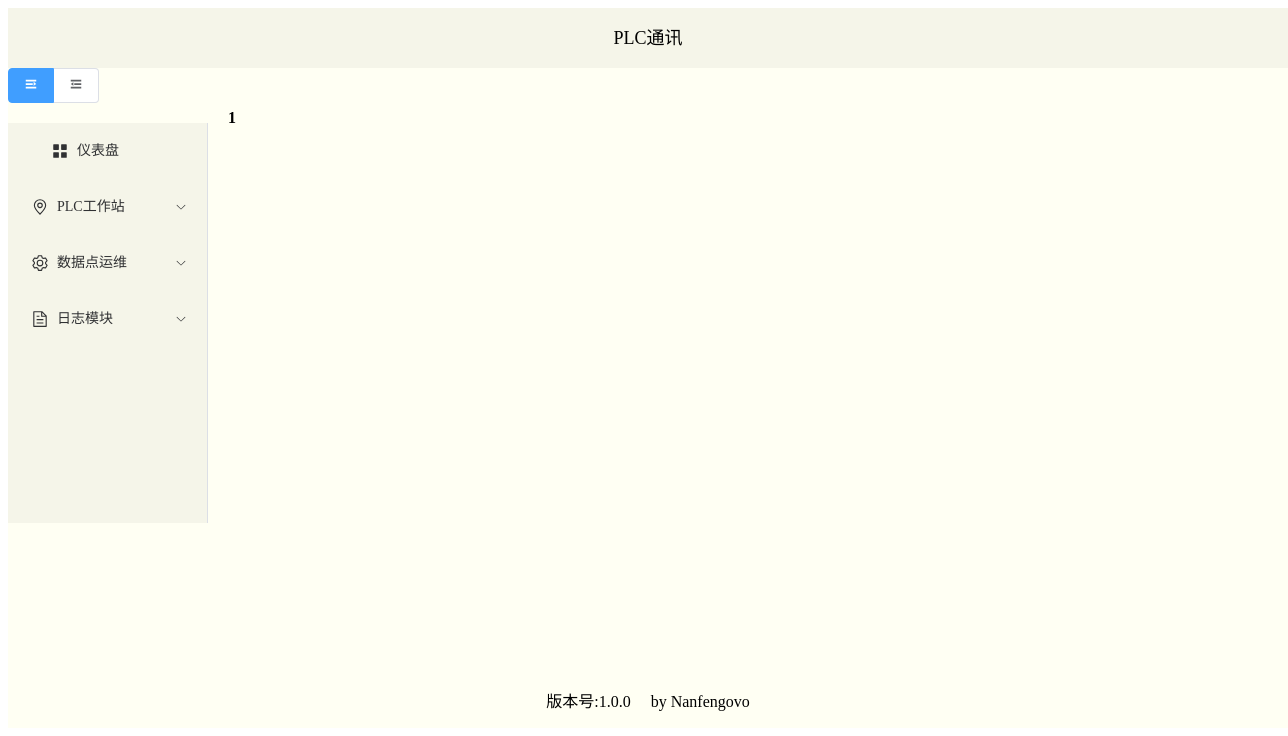
Repository: nanfengovo/HelperWorkStation
Page: /#/frameWork/PLCWorkstation/S7 (app in HelperWorkStation/plchelper-ui/)
An editor plug-in stored every save of this project. The page is shown before and after the next save, followed by the edit.
The browser window is 1280 px wide. The page is 1288 px wide, so the pictures cover 1288 px, including what lies to the right of the window. The pictures show the whole page.
The project was rebuilt for these pictures with package versions that can differ from the ones it lists, and the page was loaded fresh each time. Also part of the build but not shown: HelperWorkStation/plchelper-ui/vite.config.ts, HelperWorkStation/plchelper-ui/src/views/Login/index.vue.

Above is the page before, as saved 2025-02-15 20:27:00.

### HelperWorkStation/plchelper-ui/index.html
<!DOCTYPE html>
<html lang="">
  <head>
    <meta charset="UTF-8">
    <link rel="icon" href="/icon-park-outline--cpu.png">
    <meta name="viewport" content="width=device-width, initial-scale=1.0">
    <title>PLCHelper Station</title>
  </head>
  <body>
    <div id="app"></div>
    <script type="module" src="/src/main.ts"></script>
  </body>
</html>

<style>
  #app{
    /* display: flex;
    justify-content: center;
    align-items: center; */
    height: 100vh;
    width: 100vw;
  }
</style>

### HelperWorkStation/plchelper-ui/src/main.ts
// import './assets/main.css'

import { createApp } from 'vue'
import ElementPlus from 'element-plus'
import 'element-plus/dist/index.css'
import { createPinia } from 'pinia'

import App from './App.vue'
import * as ElementPlusIconsVue from '@element-plus/icons-vue'
//element-plus转换中文
import zhCn from 'element-plus/es/locale/lang/zh-cn'
import router from './router'

const app = createApp(App)
app.use(router)
for (const [key, component] of Object.entries(ElementPlusIconsVue)) {
    app.component(key, component)
    }
    app.use(ElementPlus, {
        locale: zhCn,
        })
app.use(createPinia())


app.mount('#app')

### HelperWorkStation/plchelper-ui/src/App.vue
<script setup lang="ts">
import {  RouterView } from 'vue-router'
import FrameWork from './views/FrameWork/index.vue'
import Login from './views/Login/index.vue'
</script>

<template>
  <div class="app">
    <RouterView />
  </div>

  <!-- <RouterView /> -->
</template>

<style scoped>
	html,body,#app{
      height: 100%;
      width: 100%;
	}
  .app{
    height: 100%;
    width: 100%;
  }
</style>

### HelperWorkStation/plchelper-ui/src/router/index.ts
import { createMemoryHistory, createRouter, createWebHashHistory, type RouteRecordRaw } from 'vue-router'
import frameWork from '../views/FrameWork/index.vue';
import Login from '../views/Login/index.vue';
import panel from '../views/FrameWork/layout/panel/index.vue';

// const routes: RouteRecordRaw[] = [];
const routes: Array<RouteRecordRaw> = [
    {
        path: '/',
        redirect: '/login'
    },
    {
        path: '/login',
        name: 'login',
        component: Login
    },
    {
        path: '/frameWork',
        name: '主页',
        component: frameWork,
        children: [
            {
                path: '/framework/panel',
                name: '仪表板',
                component: () => import('../views/FrameWork/layout/panel/index.vue'),
            },
            {
                path: '/frameWork/PLCWorkstation/Modbus',
                name: 'PLC工作站-Modbus',
                component: () => import('../views/FrameWork/layout/PLCWorkstation/Modbus/index.vue'),
            },
            {
                path: '/frameWork/PLCWorkstation/PLC',
                name: 'PLC工作站-PLC配置',
                component: () => import('../views/FrameWork/layout/PLCWorkstation/PLC/index.vue'),
            },
            {
                path: '/frameWork/PLCWorkstation/S7',
                name: 'PLC工作站-S7',
                component: () => import('../views/FrameWork/layout/PLCWorkstation/S7/index.vue'),
            },
            {
                path: '/frameWork/PLCWorkstation/OPC',
                name: 'PLC工作站-OPC',
                component: () => import('../views/FrameWork/layout/PLCWorkstation/OPC/index.vue'),
            },
            {
                path: '/frameWork/PLCWorkstation/FinsTCP',
                name: 'PLC工作站-FinsTCP',
                component: () => import('../views/FrameWork/layout/PLCWorkstation/FinsTCP/index.vue'),
            },
            {
                path: '/frameWork/DataPointOperations/Modbus',
                name: '数据点运维-Modbus',
                component: () => import('../views/FrameWork/layout/DataPointOperations/Modbus/index.vue'),
            },
            {
                path: '/frameWork/DataPointOperations/S7',
                name: '数据点运维-S7',
                component: () => import('../views/FrameWork/layout/DataPointOperations/S7/index.vue'),
            },
            {
            path: '/frameWork/DataPointOperations/S7/DB',
                        name: '数据点运维-S7-DB',
                        component: () => import('../views/FrameWork/layout/DataPointOperations/S7/DB/index.vue'),
            },
            {
                path: '/frameWork/DataPointOperations/Opc',
                name: '数据点运维-Opc',
                component: () => import('../views/FrameWork/layout/DataPointOperations/OPC/index.vue'),
            },
            {
                path: '/frameWork/DataPointOperations/FinsTCP',
                name: '数据点运维-FinsTCP',
                component: () => import('../views/FrameWork/layout/DataPointOperations/FinsTCP/index.vue'),
            },
            {
                path: '/frameWork/Log/Operation',
                name: '用户操作日志',
                component: () => import('../views/FrameWork/layout/Log/Operation/index.vue'),
            },
            {
                path: '/frameWork/Log/ReadWrite',
                name: '数据点读写日志',
                component: () => import('../views/FrameWork/layout/Log/ReadWrite/index.vue'),
            },

        ],


    },
];

const router = createRouter({
    history: createWebHashHistory(),
    routes,
});

export default router;

### HelperWorkStation/plchelper-ui/src/views/FrameWork/index.vue
<template>
    <div class="common-layout">
        <el-container>
            <div class="layout-header">
                <el-header>
                    PLC通讯
                </el-header>
            </div>
            <el-container>
                <el-aside width="200px" height="100vh" >
                    <el-radio-group v-model="isCollapse" style="margin-bottom: 20px">
                        <el-radio-button :value="false"><el-icon><Expand /></el-icon></el-radio-button>
                        <el-radio-button :value="true"><el-icon><Fold /></el-icon></el-radio-button>
                    </el-radio-group>
                    <el-menu
                        background-color="#f5f5e9"
                        default-active="1"
                        class="el-menu-vertical-demo"
                        :collapse="isCollapse"
                        @open="handleOpen"
                        @close="handleClose"
                        router
                    >
                        <el-menu-item index="/frameWork/panel">
                            <el-menu-item >
                                <el-icon><icon-menu /></el-icon>
                                <template #title>仪表盘</template>
                            </el-menu-item>
                        </el-menu-item>
                        <el-sub-menu index="2">
                        <template #title>
                            <el-icon><location /></el-icon>
                            <span>PLC工作站</span>
                        </template>
                        <el-menu-item-group >
                            <el-menu-item index="/frameWork/PLCWorkstation/PLC">PLC配置</el-menu-item>
                            <el-menu-item index="/frameWork/PLCWorkstation/Modbus">Modbus模块</el-menu-item>
                            <el-menu-item index="/frameWork/PLCWorkstation/S7">S7模块</el-menu-item>
                            <el-menu-item index="/frameWork/PLCWorkstation/OPC">OPC模块</el-menu-item>
                            <el-menu-item index="/frameWork/PLCWorkstation/FinsTCP">FinsTCP模块</el-menu-item>
                        </el-menu-item-group>
                        </el-sub-menu>
                        <el-sub-menu index="3">
                        <template #title>
                            <el-icon><Setting /></el-icon>
                            <span>数据点运维</span>
                        </template>
                        <el-menu-item-group >
                            <el-menu-item index="/frameWork/DataPointOperations/Modbus">Modbus数据点配置</el-menu-item>
                            <el-menu-item index="/frameWork/DataPointOperations/S7">S7数据点配置</el-menu-item>
                            <el-menu-item index="/frameWork/DataPointOperations/S7/DB">DB块配置</el-menu-item>
                            <el-menu-item index="/frameWork/DataPointOperations/Opc">OPC数据点配置</el-menu-item>
                            <el-menu-item index="/frameWork/DataPointOperations/FinsTCP">FinsTCP数据点模块</el-menu-item>
                        </el-menu-item-group>
                        </el-sub-menu>
                        <el-sub-menu index="4">
                        <template #title>
                            <el-icon><Document /></el-icon>
                            <span>日志模块</span>
                        </template>
                        <el-menu-item-group >
                            <el-menu-item index="/frameWork/Log/Operation">操作日志</el-menu-item>
                            <el-menu-item index="/frameWork/Log/ReadWrite">读写日志</el-menu-item>
                        </el-menu-item-group>
                        </el-sub-menu>
                    </el-menu>
                </el-aside>
                    <el-container>
                        <el-main>
                            <!-- <div class="main-header"> -->
                            <!-- <div class="main-header-breadcrumb"> -->
                                <!-- 面包屑 -->
                                <!-- <el-breadcrumb :separator-icon="ArrowRight"
                                                style="cursor: pointer; margin: 10px 0; display:inline-block;margin-left: 10px; ">
                                                <el-breadcrumb-item  >面包屑导航</el-breadcrumb-item>
                                </el-breadcrumb>
                            </div> -->
                            <!-- <div class="main-header-tab">
                                <el-tab>
                                    <el-tabs
                                    v-model="tablist"
                                    type="card"
                                    editable
                                    class="demo-tabs"
                                    @tab-click="pushTo"
                                >
                                    <el-tab-pane
                                    v-for="item in tablist"
                                    :key="item.name"
                                    :label="item.name"
                                    :name="item.name"
                                    >
                                    {{ item.path }}
                                    </el-tab-pane>
                                </el-tabs>
                                </el-tab>
                            </div> -->
                        <!-- </div> -->
                            <RouterView/>
                        </el-main>
                    </el-container>
            </el-container>
                <el-footer class="fixed-footer" >
                    <span>版本号:{{SoftVersion}}</span>&nbsp;&nbsp;&nbsp;&nbsp;
                    <span>by {{ SoftAuthor }}</span>
                </el-footer>
        </el-container>
    </div>
</template>

<script lang="ts" setup>
import { ref } from 'vue'
import { useRouter } from 'vue-router';
import routes from '../../router/index';
import {
    Document,
    Menu as IconMenu,
    Location,
    Setting,
    ArrowRight,
} from '@element-plus/icons-vue'
import type { TabPaneName } from 'element-plus'



const SoftVersion = ref('1.0.0')
const SoftAuthor = ref('Nanfengovo')


import { useRoute } from 'vue-router'
import router from '../../router/index';
const route = useRoute()
const pathList = ref()

console.log('route', route)// 获取当前路由
console.log('route.matched', route.matched)// 获取当前路由匹配到的路由记录
console.log('route.matched[0].children', route.matched[0].children)// 获取当前路由匹配到的路由记录

const tablist = ref(route.matched[0].children)
const isCollapse = ref(false)

let tabIndex = 1;

// const pushTo = (tab: TabPaneName) => {
//     router.push(tab)
// }


</script>

<style>
.el-menu-vertical-demo:not(.el-menu--collapse) {
    width: 200px;
    min-height: 400px;
}
.layout-header {
    background-color: #f5f5e9;
    color: black;
    text-align: center;
    line-height: 60px;
    font-size: 18px;
}

.common-layout{
    display: flex;
    flex-direction: column;
    min-height: 100vh;
    background-color: #fffff3;
}
.fixed-footer {
    background-color: #fffff3; /* 根据需要设置背景颜色 */
    padding: 10px; /* 根据需要设置内边距 */
    text-align: center; /* 根据需要设置文本对齐方式 */
    margin-bottom: 20px;
    height: 30px;
    font-size: 16px;
}
.main-header{
    border: red 1px solid;
    width: 100%;
    height: 30px;
}
/* .main-header-breadcrumb{
    border: green 1px solid;
    margin: 10px;
    width: 100%;
    height: 30px;
} */
.main-header-tab
{
    border: blue 1px solid;
    width: 100%;
    height: 30px;
}
.demo-tabs {
    border: 1px solid orangered;
    width: 60px;
    height: 30px;
    border-radius: 4px;
}
.demo-tabs>.el-tab-pane {
    border-bottom: 1px solid #ebeef5;
}
</style>

### HelperWorkStation/plchelper-ui/src/views/FrameWork/layout/PLCWorkstation/S7/index.vue
<template>
<h1>1</h1>
</template>
<script setup lang="ts">

</script>
<style>
</style>

After the next save:
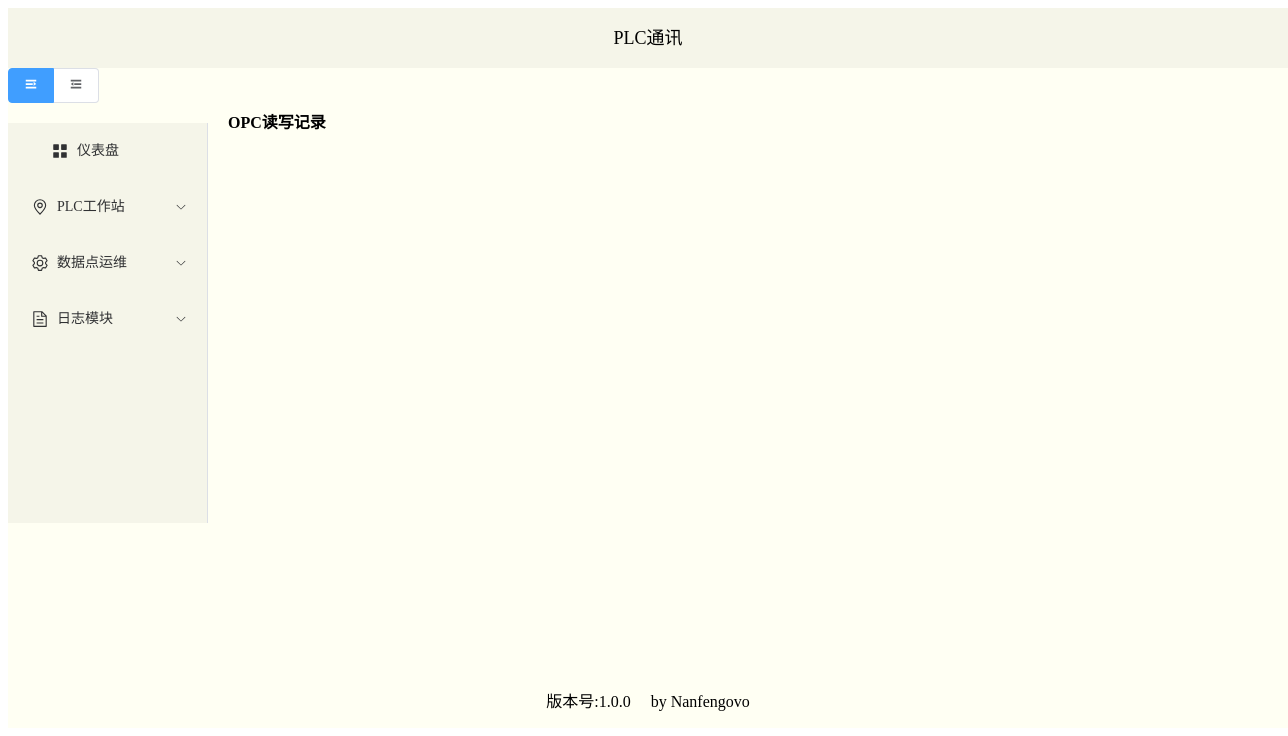
Saved 40 s later.
--- a/HelperWorkStation/plchelper-ui/src/views/FrameWork/layout/PLCWorkstation/S7/index.vue
+++ b/HelperWorkStation/plchelper-ui/src/views/FrameWork/layout/PLCWorkstation/S7/index.vue
@@ -1,8 +1,5 @@
 <template>
-<h1>1</h1>
-</template>
-<script setup lang="ts">
-
-</script>
-<style>
-</style>
+    <h1>OPC读写记录</h1>
+    </template>
+    <script setup lang = "ts">
+    </script>

After the save that followed:
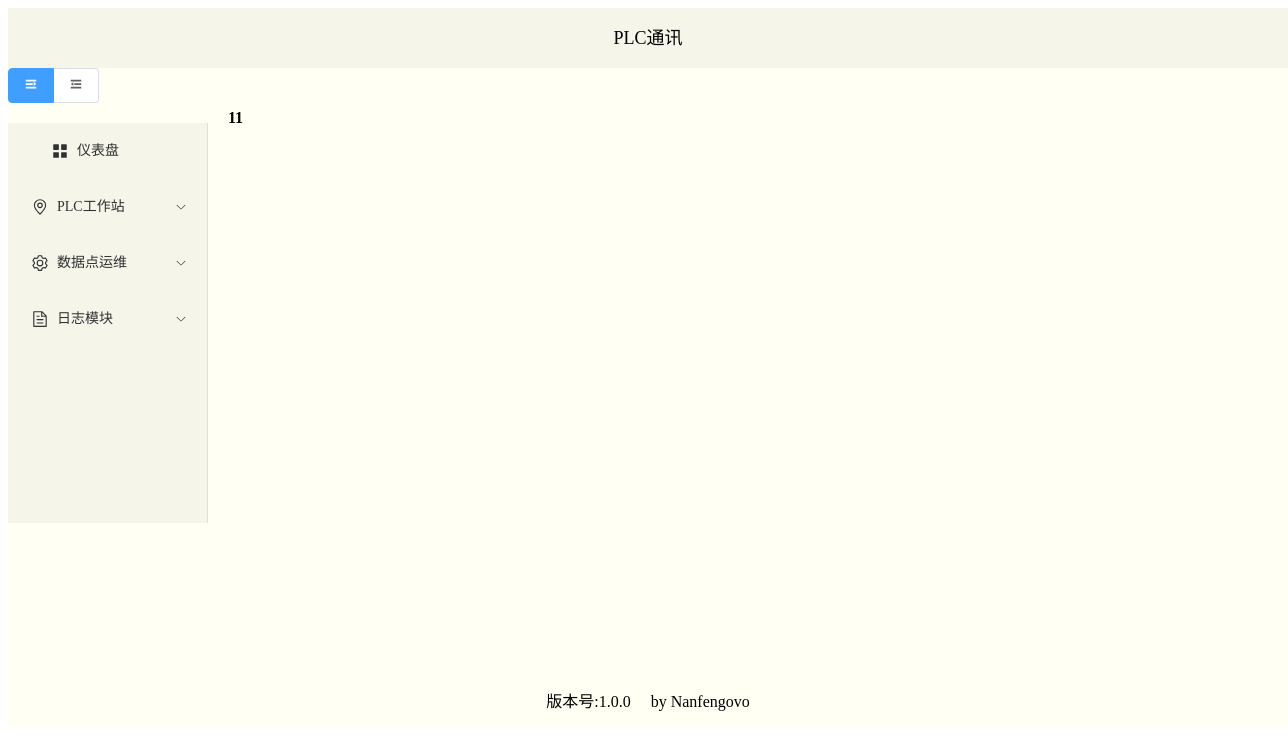
Saved 12 s later.
--- a/HelperWorkStation/plchelper-ui/src/views/FrameWork/layout/PLCWorkstation/S7/index.vue
+++ b/HelperWorkStation/plchelper-ui/src/views/FrameWork/layout/PLCWorkstation/S7/index.vue
@@ -1,5 +1,8 @@
 <template>
-    <h1>OPC读写记录</h1>
-    </template>
-    <script setup lang = "ts">
-    </script>
+<h1>11</h1>
+</template>
+<script setup lang="ts">
+
+</script>
+<style>
+</style>
